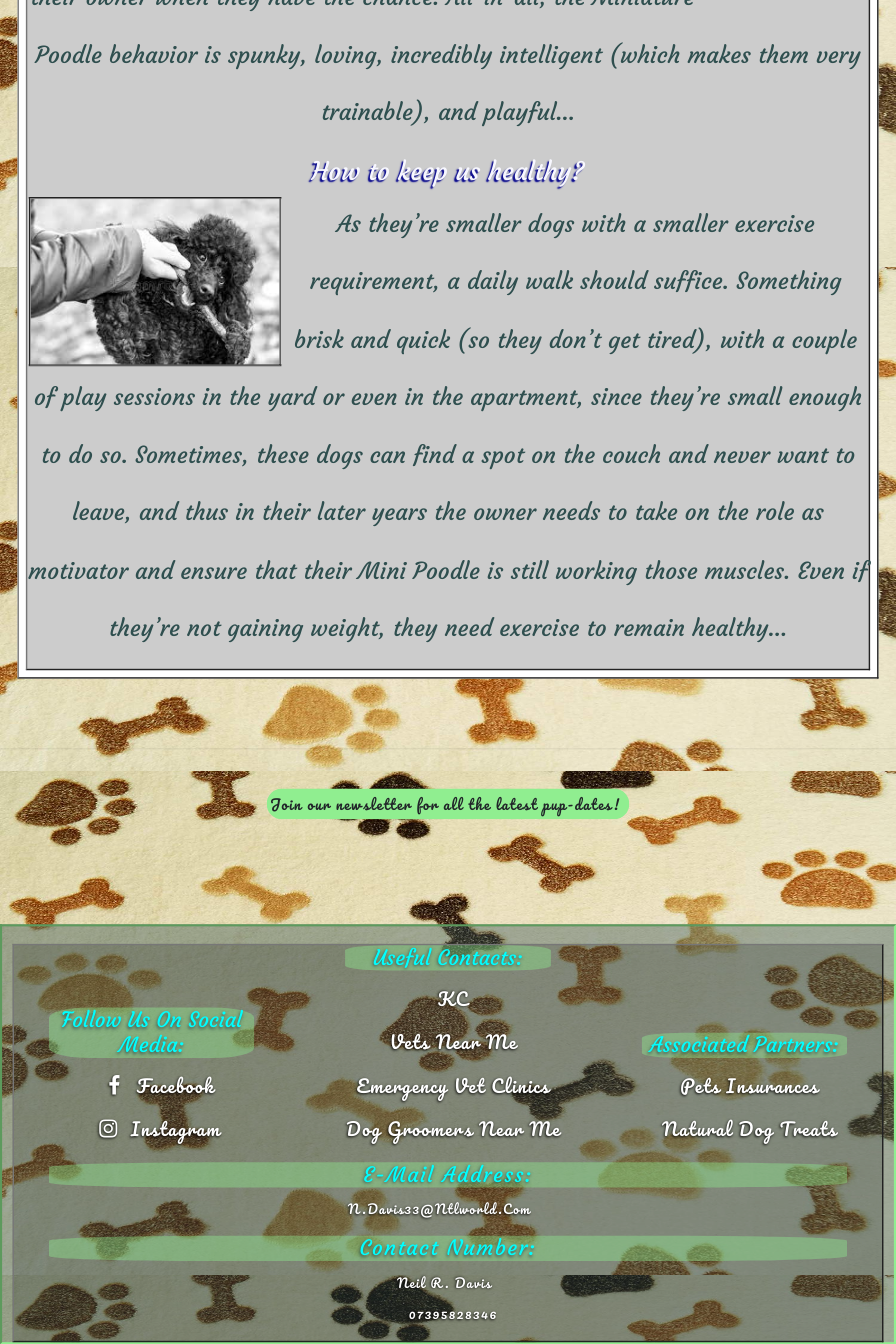
Repository: Code-Institute-Submissions/GeorgiosSklav-Iacinthos-blog
Page: about-them.html
The author's editor kept a record of every edit. The page is drawn from the files as they stood at one moment, then again after the next edit.
The browser window is 1280 px wide. The pictures show the part of the page from y = 1779 to 3699 px (the page is 3699 px tall), at 70% of full size.
Backgrounds fixed to the window are drawn as part of the page.

Above is the page before.

### about-them.html
<!DOCTYPE html>
<html lang="en">

<head>
    <meta charset="UTF-8">
    <meta name="viewport" content="width=device-width, initial-scale=1.0">
    <meta http-equiv="X-UA-Compatible" content="ie=edge">
    <link rel="stylesheet" href="https://stackpath.bootstrapcdn.com/bootstrap/4.3.1/css/bootstrap.min.css " integrity="sha384-ggOyR0iXCbMQv3Xipma34MD+dH/1fQ784/j6cY/iJTQUOhcWr7x9JvoRxT2MZw1T " crossorigin="anonymous">
    <title>Iacinthos mini Poodles</title>
    <link rel="stylesheet" href="https://stackpath.bootstrapcdn.com/font-awesome/4.7.0/css/font-awesome.min.css" integrity="sha384-wvfXpqpZZVQGK6TAh5PVlGOfQNHSoD2xbE+QkPxCAFlNEevoEH3Sl0sibVcOQVnN" crossorigin="anonymous">
    <link rel="stylesheet" href="style.css" type="text/css" />
</head>

<!--Header-->

<body>


    <header class="container">
        <div class="row align-items-start heading homepage">
            <div class="col-12 logo">
                <h1>How to treat and raise us:</h1>
            </div>
        </div>
        <nav class="navbar navbar-light navbar-expand-sm">
            <div class="navbar-brand"><i class="fa fa-paw"></i>About them</div>
            <button class="navbar-toggler ml-auto" type="button" data-toggle="collapse" data-target="#navbarNavDropdown" aria-controls="navbarNavDropdown">
            <span class="navbar-toggler-icon"></span></button>
            <div class="collapse navbar-collapse" id="navbarNavDropdown">
                <ul class="navbar-nav mt-auto mt-2 mt-lg-0">
                    <li class="nav-item mr-2"><a class="nav-link" href="index.html">Iacinthos</a></li>
                    <li class="nav-item mr-2"><a class="nav-link" href="request-form.html">Enquiries</a></li>
                    <li class="nav-item dropdown">
                        <div class="nav-link dropdown-toggle" id="navbarDropdownMenuLink" role="button" data-toggle="dropdown" aria-haspopup="true" aria-expanded="false">
                            Certificates</div>
                        <div class="dropdown-menu" aria-labelledby="navbarDropdownMenuLink">
                            <a class="dropdown-item" target="_blank" href="./Media/certificate.pdf"><i class="fa fa-download"></i>Kennel Club</a>
                            <a class="dropdown-item" target="_blank" href="./Media/lineage1.pdf"><i class="fa fa-download"></i>Blood-Lineage</a>
                        </div>

                    </li>
                </ul>
            </div>
        </nav>
    </header>

    <!--main-body-->

    <main>

        <div class="jumbotron-fluid about" id="frame">
            <div class="background-overlay">
                <div class="row">
                    <div class="col-12">
                        <img src="./Media/photos/steak.jpg" class="img-10" alt="dog-steak">
                        <h3 class="about-title">What do we eat?</h3>
                        <p>Most would opt for wet food. However, dry food is recommended since this is much better for the gums and teeth. In addition, dry kibble tends to be easier on the stomach and intestines and a diet of all wet canned food can lead
                            to runny stools...</p>
                    </div>
                </div>
                <div class="row">
                    <div class="col-12">
                        <h3 class="about-title">Natural diet?</h3>
                        <p>Feeding a complete raw meat diet to your dog is the best way to provide an easily digestible, balanced diet that mimics the way his ancestors naturally eat in the wild. However, there’s a lot of misinformation out there about feeding
                            a raw food diet to dogs. This can be confusing and discouraging for dog owners looking to do the right thing for their dogs. Nevertheless your choice, you just need to make sure that your doggy is getting all the daily nutrition
                            it needs....</p>
                    </div>
                </div>
                <div class="row">
                    <div class="col-12">
                        <h3 class="about-title">What do we love to do?</h3>
                        <img src="./Media/photos/woman-dog.jpg" class="img-20" alt="dog-jogging">
                        <p>They have a moderate temperament, and even though they’re elegant and well-mannered, have a very funny clown-like behavior when around their loved ones. They love to play and they’re smart enough to get themselves into trouble,
                            or challenge their owner when they have the chance. All-in-all, the Miniature Poodle behavior is spunky, loving, incredibly intelligent (which makes them very trainable), and playful...</p>
                    </div>
                </div>
                <div class="row">
                    <div class="col-12">
                        <h3 class="about-title">How to keep us healthy?</h3>
                        <img src="./Media/photos/excercising.jpg" class="img-30" alt="dog-with-a-stick">
                        <p>As they’re smaller dogs with a smaller exercise requirement, a daily walk should suffice. Something brisk and quick (so they don’t get tired), with a couple of play sessions in the yard or even in the apartment, since they’re small
                            enough to do so. Sometimes, these dogs can find a spot on the couch and never want to leave, and thus in their later years the owner needs to take on the role as motivator and ensure that their Mini Poodle is still working
                            those muscles. Even if they’re not gaining weight, they need exercise to remain healthy...</p>
                    </div>
                </div>
            </div>
        </div>
        <hr>
        <!--Modal-->

        <button type="button" class="btn btn-color" data-toggle="modal" data-target="#exampleModal">
  Join our newsletter for all the latest pup-dates!
</button>
        <div class="modal fade" id="exampleModal" tabindex="-1" role="dialog" aria-labelledby="exampleModalLabel" aria-hidden="true">
            <div class="modal-dialog" role="document">
                <div class="modal-content">
                    <div class="modal-header">
                        <h5 class="modal-title" id="exampleModalLabel">Join our family with a flick of your paw!</h5>
                        <button type="button" class="close" data-dismiss="modal" aria-label="Close">
                     <span aria-hidden="true">&times;</span>
        </button>
                    </div>
                    <div class="modal-body">
                        <form class="modal-newsletter">
                            <div class="form-group ">
                                <input type="email" class="form-control" id="InputEmail2" aria-describedby="InputEmail2" placeholder="Your Woof-mail....">
                            </div>
                            <div class="form-group">
                                <input type="password" class="form-control" id="InputPassword2" placeholder="....and a Woof-password">
                            </div>
                            <div class="form-group form-check">
                                <input type="checkbox" class="form-check-input" id="Check1">
                                <label class="form-check-label" for="Check1">Remember me</label>
                            </div>
                        </form>
                    </div>
                    <div class="modal-footer">
                        <button type="button" class="btn btn-danger" data-dismiss="modal">Close</button>
                        <button type="button" class="btn btn-info">Subscribe</button>
                    </div>
                </div>
            </div>

    </main>

    </div>


    <!---footer-->

    <footer class="container-fluid footer">
        <div class="background-overlay">
            <div class="row align-items-end">
                <div class="col-12 col-md-3 col-lg-3">
                    <h4 class="social-title capitalise">Follow us on social media:</h4>
                    <ul class="social-links">
                        <li>
                            <a target="_blank" href="https://www.facebook.com/neil.davis.9862">
                            <i class="fa fa-facebook"></i>
                            <span>Facebook</span>
                        </a>
                        </li>
                        <li>
                            <a target="_blank" href="https://instagram.com/neilr.davis?igshid=wmi0mqp5d2se">
                            <i class="fa fa-instagram"></i>
                            <span>Instagram</span>
                        </a>
                        </li>
                    </ul>
                </div>
                <div class="col-12 col-md-3 col-lg-3">
                    <h4 class="social-title capitalise">Useful contacts:</h4>
                    <ul class="social-links">
                        <li>
                            <a target="_blank" href="https://www.thekennelclub.org.uk/">
                            <span class="capitalise">KC</span>
                        </a>
                        </li>
                        <li>
                            <a target="_blank" href="https://www.google.com/search?q=vet+near+me&oq=vet+near&aqs=chrome.0.0j69i57j0l4.4119j0j7&sourceid=chrome&ie=UTF-8">
                            <span class="capitalise">Vets near me</span>
                        </a>
                        </li>
                        <li>
                            <a target="_blank" href="https://www.google.com/search?q=emergency+vet+clinic+near+me&oq=emergency+vet&aqs=chrome.4.69i57j0l5.15430j0j7&sourceid=chrome&ie=UTF-8">
                            <span class="capitalise">Emergency vet clinics</span>
                        </a>
                        </li>
                        <li>
                            <a target="_blank" href="https://www.google.com/search?q=dog+groomer+near+me&oq=dog+groomer&aqs=chrome.1.69i57j0l5.4790j0j7&sourceid=chrome&ie=UTF-8">
                            <span class="capitalise">Dog groomers near me</span>
                        </a>
                        </li>
                    </ul>
                </div>
                <div class="col-12 col-md-3 col-lg-3">
                    <h4 class="social-title capitalise">Associated partners:</h4>
                    <ul class="social-links">
                        <li>
                            <a target="_blank" href="https://www.google.com/search?q=pet+insurance+near+me&oq=pet+ins&aqs=chrome.2.0j69i57j0l4.6094j0j7&sourceid=chrome&ie=UTF-8">
                            <span class="capitalise">pets insurances</span>
                        </a>
                        </li>
                        <li>
                            <a target="_blank" href="https://www.doglistener.co.uk/catalog/natural-dog-treats-0">
                            <span class="capitalise">natural dog treats</span>
                        </a>
                        </li>
                    </ul>
                </div>
                <div class="col-12 col-md-3 col-lg-3 contacts">
                    <h4 class="social-title capitalise">e-mail address:</h4>
                    <p class="capitalise social-links">
                        n.davis33@ntlworld.com
                    </p>
                    <h4 class="social-title capitalise">Contact number:</h4>
                    <ul class="social-links">
                        <li class="social-links capitalise">
                            neil r. davis
                        </li>
                        <li class="capitalise">
                            07395828346
                        </li>
                    </ul>
                </div>
            </div>
        </div>
    </footer>

    <script src="https://code.jquery.com/jquery-3.3.1.slim.min.js" integrity="sha384-q8i/X+965DzO0rT7abK41JStQIAqVgRVzpbzo5smXKp4YfRvH+8abtTE1Pi6jizo" crossorigin="anonymous"></script>
    <script src="https://cdnjs.cloudflare.com/ajax/libs/popper.js/1.14.7/umd/popper.min.js" integrity="sha384-UO2eT0CpHqdSJQ6hJty5KVphtPhzWj9WO1clHTMGa3JDZwrnQq4sF86dIHNDz0W1" crossorigin="anonymous"></script>
    <script src="https://stackpath.bootstrapcdn.com/bootstrap/4.3.1/js/bootstrap.min.js" integrity="sha384-JjSmVgyd0p3pXB1rRibZUAYoIIy6OrQ6VrjIEaFf/nJGzIxFDsf4x0xIM+B07jRM" crossorigin="anonymous"></script>
</body>

</html>

### style.css
@import url('https://fonts.googleapis.com/css?family=Courgette:100,200,300,400,500,600,700|Pacifico:100,200,300,400,500,600,700');

/*------------------------------------------------body background*/

body {
    background-image: url("./Media/photos/footprints.jpg");
    background-size: 100%;
    background-attachment: fixed;
    line-height: 2.5;
    text-align: center;

}

.background-overlay {
    position: relative;
    height: 100%;
    width: 100%;
    padding: 0;
    background-color: rgba(0, 0, 0, 0.2);
    border: 2px outset #777;
}

h1 {
    font-family: "Courgette", sans-serif;
    font-weight: 700;
    font-size: 45px;
    color: #f4f4f4;
    text-shadow: -1px 2px 5px #2f4f4f;
    margin-top: 35px;
    margin-bottom: 5px;
    padding-top: 25px;
}

.heading {
    margin: 25px;
}

.capitalise {
    text-transform: capitalize;
}

/*------------------------------------------------Navbar*/

.navbar {
    word-wrap: normal;
    margin-top: 35px;
    margin-bottom: 50px;
}

.navbar-light {
    font-family: 'Courgette', sans-serif;
    font-weight: 600;
    font-size: 35px;
    text-shadow: 0px 2px 3px /*#f8f8ff;*/ #00ffff;

}

.nav-link {
    margin-right: 15px;
    margin-left: 15px;
}

.nav-link:hover {
    background-color: #90ee90;
    border-radius: 50%;
}

.dropdown-menu {
    background-color: #90ee90;
    font-weight: 600;
    font-size: 20px;
    border-radius: 10%;
    margin: 0;
    padding: 2px;
}

.dropdown-menu ul li:hover {
    background-color: #777;
}

.ml-auto {
    background-color: #90ee90;
}

.navbar i {
    font-size: 35px;
    padding-top: 0;
    padding-bottom: 5px;
    padding-right: 2px;
    margin: 5px;
    color: #777;
}

.navbar-brand {
    font-size: 30px;
}

.navbar-brand:hover {
    background-color: #90ee90;
    border-radius: 50%;
}

.fa-download {
    margin-right: 2px;
    margin-left: 2px;
}

.fa-download:hover {
    color: #90ee90;
}

/*------------------------------------------Media queries*/

@media (max-width: 300px) {
    .ml-auto:hover {
        background-color: #777;
    }
    .dropdown-item:hover {
        background-color: #777;

    }
    #navbarNavDropdown {
        background-color: #90ee90;
    }

    #navbarNavDropdown ul li:hover {
        background-color: #90ee90;
    }
    .social-links,
    .social-title {
        font-size: 30px;
    }
}

@media (max-width: 3800px) {
    .dropdown-menu {
        background-color: #90ee90;
        color: #777;
    }
    .dropdown-item:hover {
        background-color: #777;
        color: #90ee90;
    }

    .col-lg-3 {
        flex: 30%;
        max-width: 100%;
    }
}

/*------------------------------------------------Homepage*/

.homepage a {
    text-decoration: none;
    height: 100%;
}

.introduction {
    height: 90%;
    width: 90%;
}

.img-10 {
    float: left;
    width: 15%;
    border-radius: 50%;
    border: groove #777;
}

.img-20 {
    float: right;
    width: 20%;
    border-radius: 50%;
    border: groove #777;
    margin: 2px;
}

.img-30 {
    float: left;
    width: 30%;
    border: groove #777;
    margin: 2px;
}

.img-50 {
    margin-left: 25px;
    margin-bottom: 20px;
    width: 100%;
    float: none;
    border-style: groove;
    border-radius: 50%;
}

/*--------------------------------------------texts,p*/

.container-title {
    text-align: center;
    margin: 35px;
    font-family: "Courgette", sans-serif;
    color: #00ffff;
    text-shadow: -1px 2px 5px #2f4f4f;
}

.container-title i {
    font-size: 30px;
    padding: 15px;
    margin: 15px;
}

.dog-name {
    font-family: "Courgette", sans-serif;
    font-weight: 700;
    font-size: 32px;
    margin-left: 25px;
    text-shadow: -1px 2px 1px #191970;
}

/*----------------------------------------about us section*/

.about {
    margin: 25px;
    font-family: "Courgette", sans-serif;
    font-size: 33px;
    color: #2f4f4f;
}

.about .about-title {
    color: #f8f8ff;
    text-shadow: -3px 2px 2px #00008b;
    font-size: 36px;
    padding: 5px 2px;
}

#frame {
    border: 2px outset #777;
    font-size: 33px;
    margin-top: 45px;
    margin-bottom: 100px;
    padding: 10px;
    font-weight: 200;
    background-color: #fff;
}

/*----------------------------------------newsletter button*/

.btn-color {
    background-color: #90ee90;
    font-family: "Pacifico", sans-serif;
    font-size: 20px;
    letter-spacing: 2px;
    margin: 40px 25px 150px;
    padding-left: 4px;
    border-radius: 50px;
}

.btn-color:hover {
    color: #90ee90;
    background-color: #777;
}

/*----------------------------------------Modal styling*/

.modal-title {
    font-family: "Pacifico", sans-serif;
    font-size: 25px;
    margin: 10px 5px;
}

.modal-content {
    background-color: #90ee90;
    text-shadow: -3px 2px 0.5px #ffefd5;
    color: #777;
}

.modal-footer .btn-danger,
.btn-info {
    margin-right: 20px;
}

.modal-body {
    padding: 0 15px 0 15px;
    top: 5px;
    bottom: 0;
    margin-top: 10px;
}


/*----------------------------------------footer*/

.footer {
    border: 3px inset #90ee90;
    background-color: rgba(47,79,79, .4);
    padding-top: 25px;
    margin: 0px 5px 0px 0px;
    text-align: center;
}

.contacts .social-title {
    font-family: "Courgette", sans-serif;
    font-size: 30px;
    font-weight: 400;
    letter-spacing: 2px;
   /* color: #9400d3;*/
   color: #00ffff;
    text-shadow: -1px 2px 5px #2f4f4f;
}


.social-links {
    list-style: none;
    padding-right: 25px;
    font-family: "Pacifico", sans-serif;
    color: #fff;
    font-size: 18px;
    font-weight: 300;
    letter-spacing: 2px;
    text-shadow: -1px 1px 4px #000;
}

.social-links li a {
    text-decoration: none;
    font-family: "Pacifico", sans-serif;
    font-size: 25px;
    font-weight: 400;
    letter-spacing: 2px;
    color: /*#008000*/
    #fff;
    text-shadow: -1px 1px 4px #000;
    /*text-shadow: 1px 2px 1px #c0c0c0;*/

}

.social-links li a:hover {
    background-color: #777;
    color: #90ee90;
    border-radius: 30%;
}

.social-links li i {
    font-size: 30px;
    height: 45px;
    width: 45px;
}

.social-title {
    word-break: keep-all;
    margin-left: 50px;
    margin-right: 50px;
    font-size: 30px;
    font-family: "Courgette", sans-serif;
    border-radius: 20%;
    color: #00ffff;
    text-shadow: -1px 2px 5px #2f4f4f;
    background-color: rgba(144, 238, 144, 0.4);
    /*color: #9400d3;*/
}

.contact-heading {
    font-family: "Courgette", sans-serif;
    font-weight: 300;
    margin-top: 25px;
    margin-bottom: 20px;
}

.form-control {
    font-size: 20px;
    background-color: #90ee90;
}

.control {
    background-color: #90ee90;
}

.center-form {
    padding: 15px 5px 10px;
    margin: 15px auto;
    max-width: 80%;
}

button[type="submit"] {
    margin-bottom: 20px;
    margin-top: 13px;
    color: #90ee90;
    background-color: #777;
}

button[type="submit"]:hover {
    background-color: #90ee90;
    color: #777;
}

After the next edit:
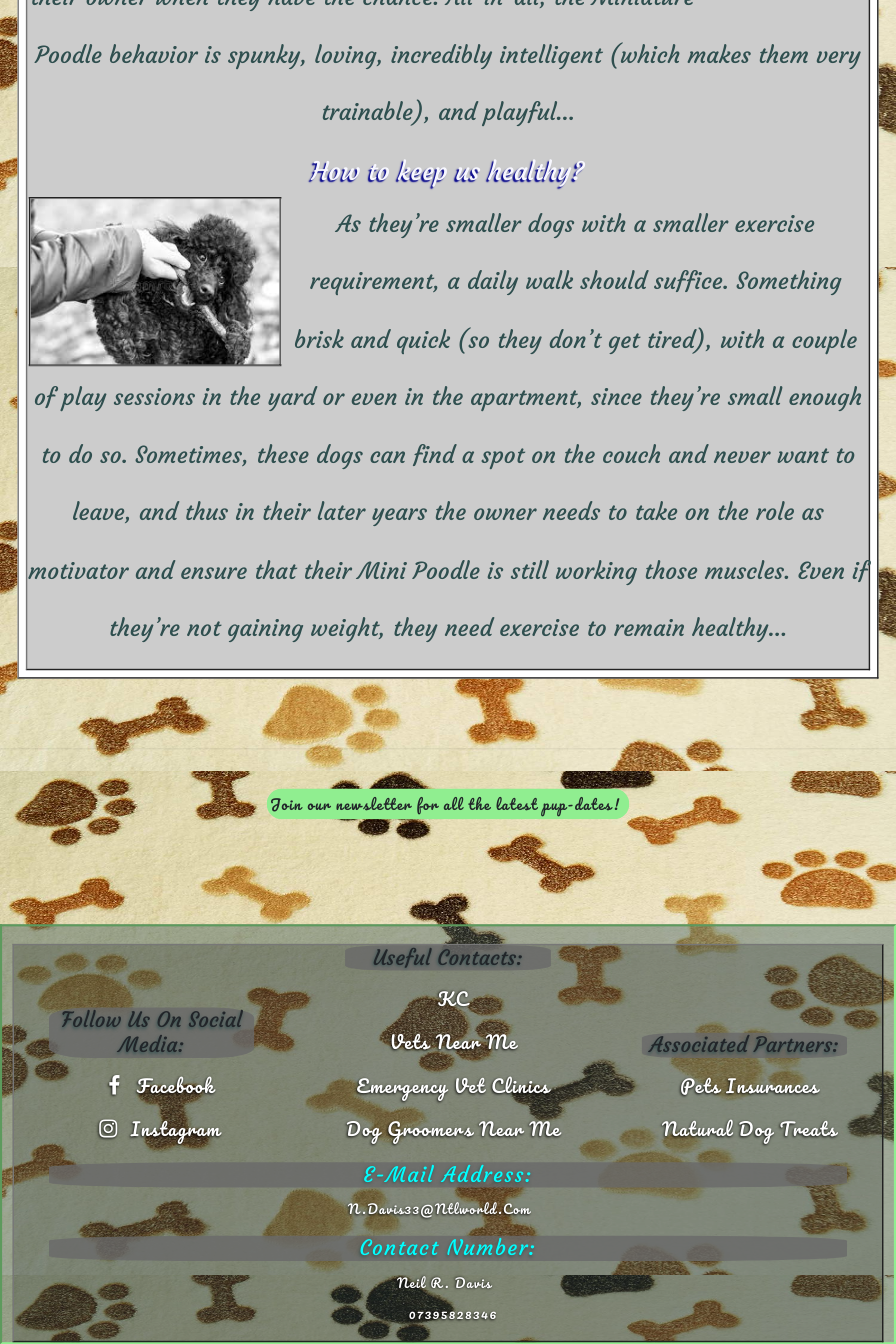
The edit:
--- a/style.css
+++ b/style.css
@@ -349,10 +349,10 @@
     font-size: 30px;
     font-family: "Courgette", sans-serif;
     border-radius: 20%;
-    color: #00ffff;
+
     text-shadow: -1px 2px 5px #2f4f4f;
-    background-color: rgba(144, 238, 144, 0.4);
-    /*color: #9400d3;*/
+    background-color: rgba(/*144, 238, 144,*/105,105,105, 0.8);
+    /*color: #90ee90;*/
 }
 
 .contact-heading {
